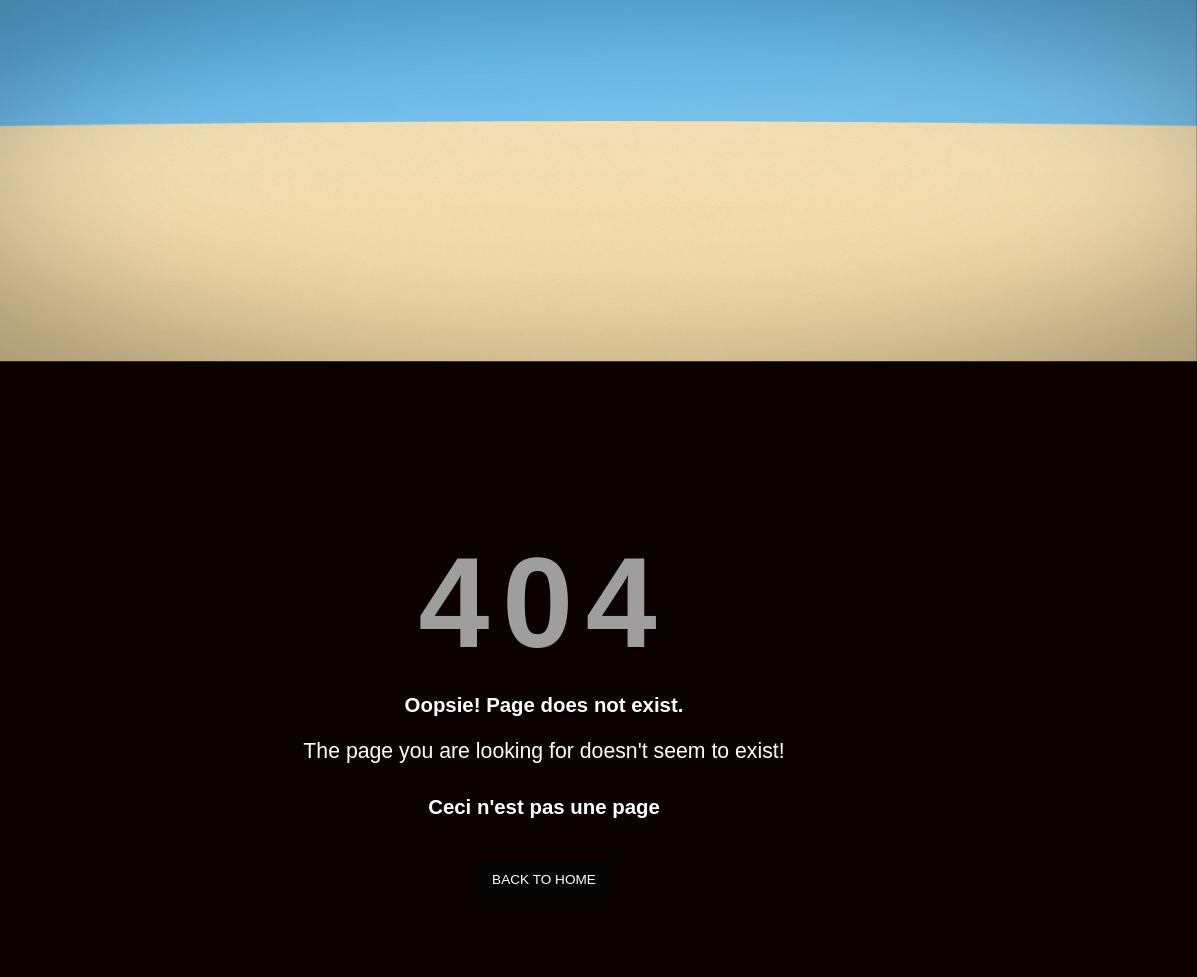
Repository: Nyiriek/alu-system_engineering-devops
Page: web_server/5-design_a_beautiful_404_page.html
These files come from the project's save history. The page is drawn as it stood at one moment and after the next save; the edit follows.
The browser window is 1280 px wide. The page is 1408 px wide, so the pictures cover 1408 px, including what lies to the right of the window. The pictures show the whole page, at 85% of full size.
Pictures or frames that could not be fetched are drawn as grey boxes.

Above is the page before, as saved 2023-08-05 13:22:35.

After the next save:
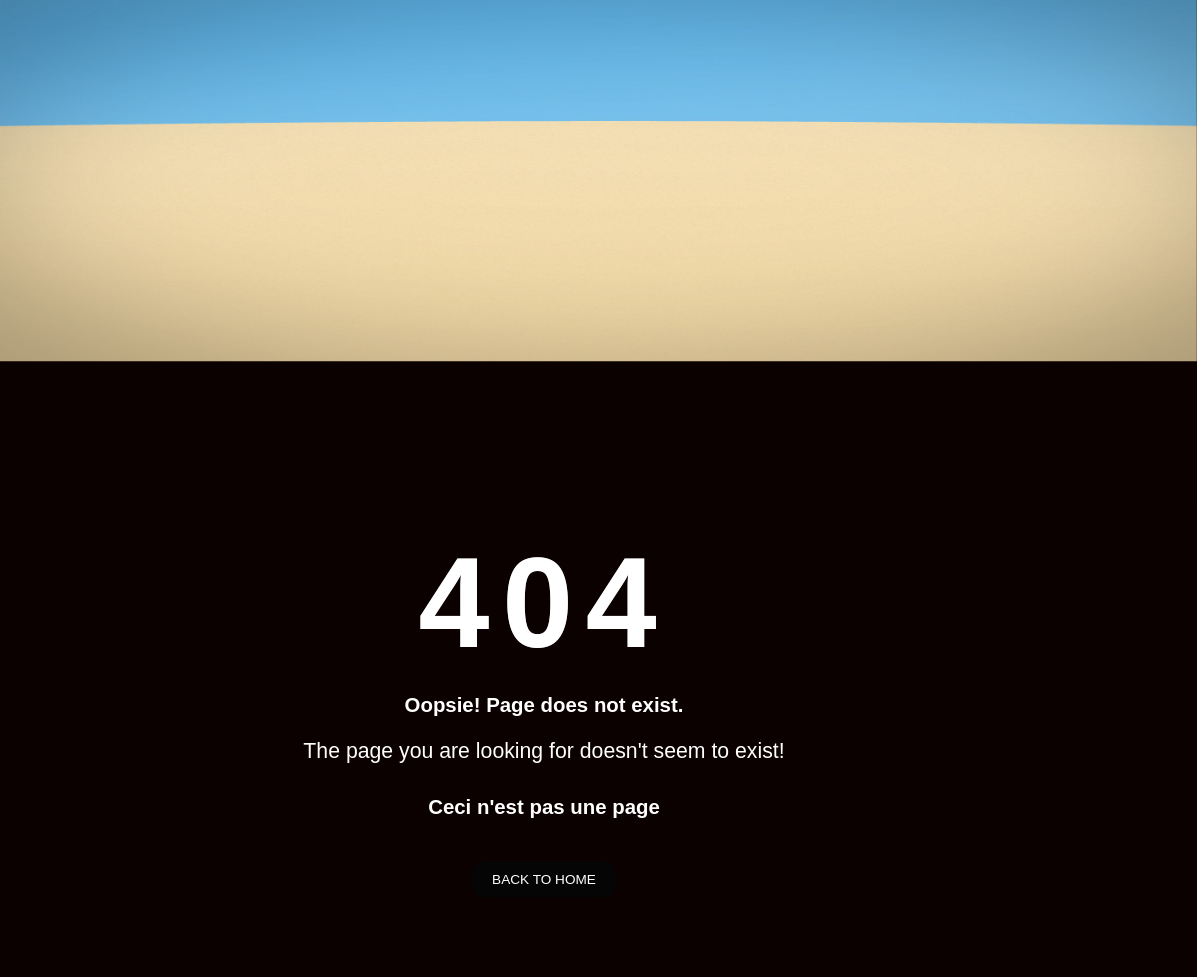
Saved 29 s later.
--- a/web_server/styles.css
+++ b/web_server/styles.css
@@ -25,7 +25,6 @@ h1 {
     font-weight: bold;
     letter-spacing: 15px;
     background: url("image/jpeg;base64") center no-repeat;
-    -webkit-text-fill-color: transparent;
     -webkit-background-clip: text;
 }
 
